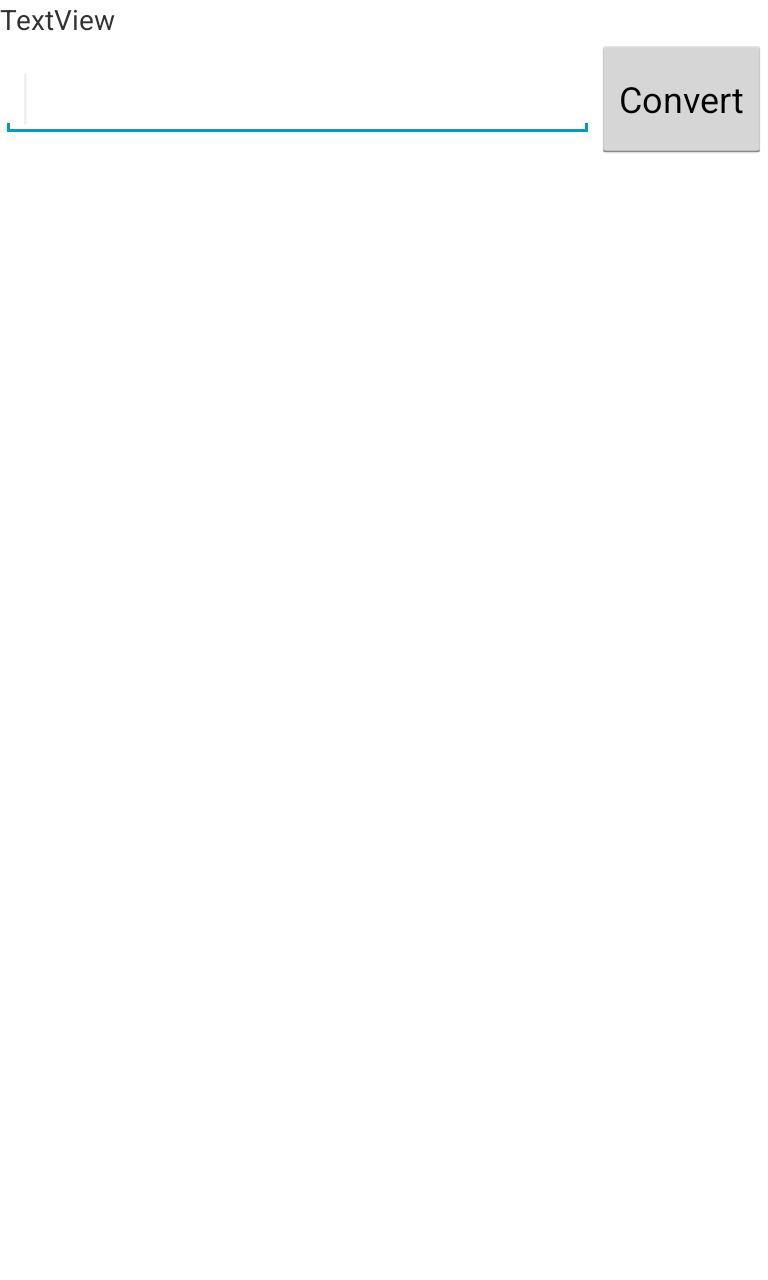
Repository: vinny1575/Java1
Layout: TempCalc20/res/layout/conversion.xml
An editor plug-in stored every save of this project. The layout is shown before and after the next save, followed by the edit.
It is drawn on a 768 x 1280 px phone screen (xhdpi) without system bars, with theme AppTheme; the app's code is not run.

Above is the layout before, as saved 2013-05-09 03:09:52.

After the next save:
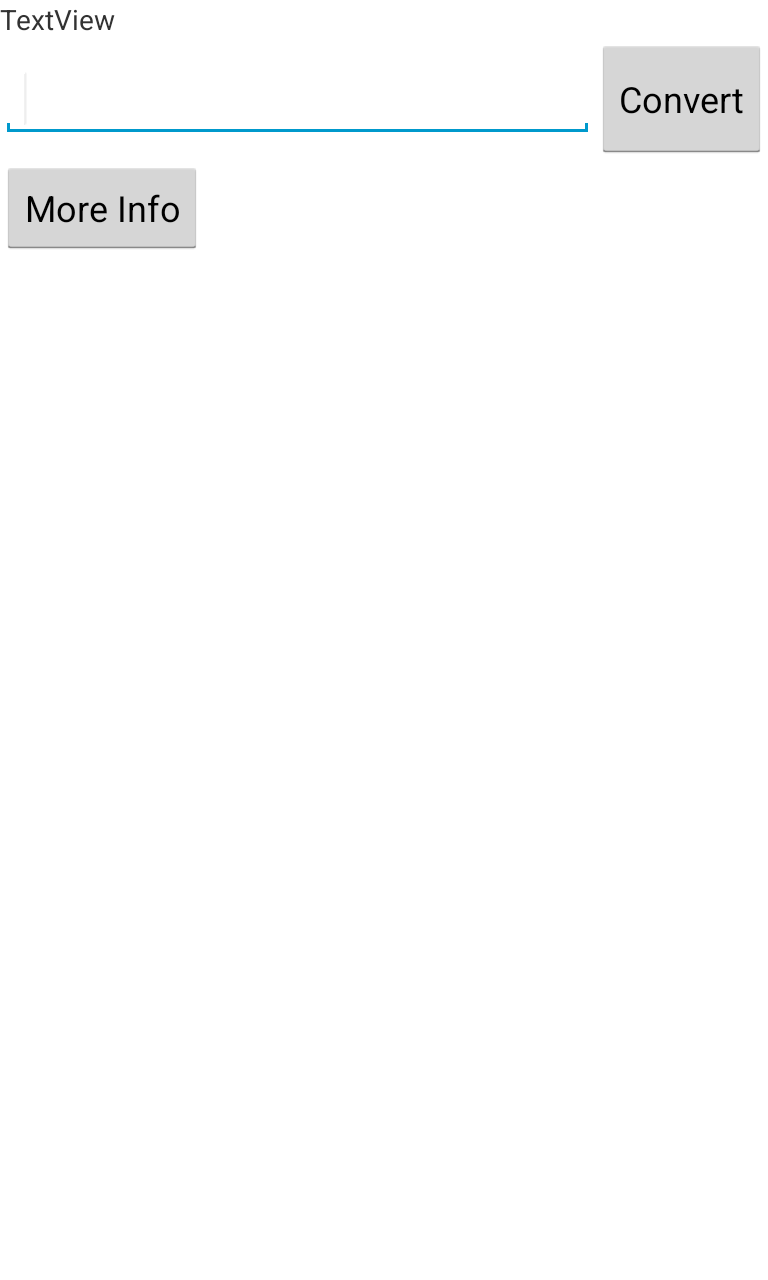
Saved 85 s later.
--- a/TempCalc20/res/layout/conversion.xml
+++ b/TempCalc20/res/layout/conversion.xml
@@ -31,6 +31,12 @@
             android:text="Convert" />
     </LinearLayout>
 
+    <Button
+        android:id="@+id/button2"
+        android:layout_width="wrap_content"
+        android:layout_height="wrap_content"
+        android:text="More Info" />
+
     <TextView
         android:id="@+id/textView2"
         android:layout_width="90dp"
